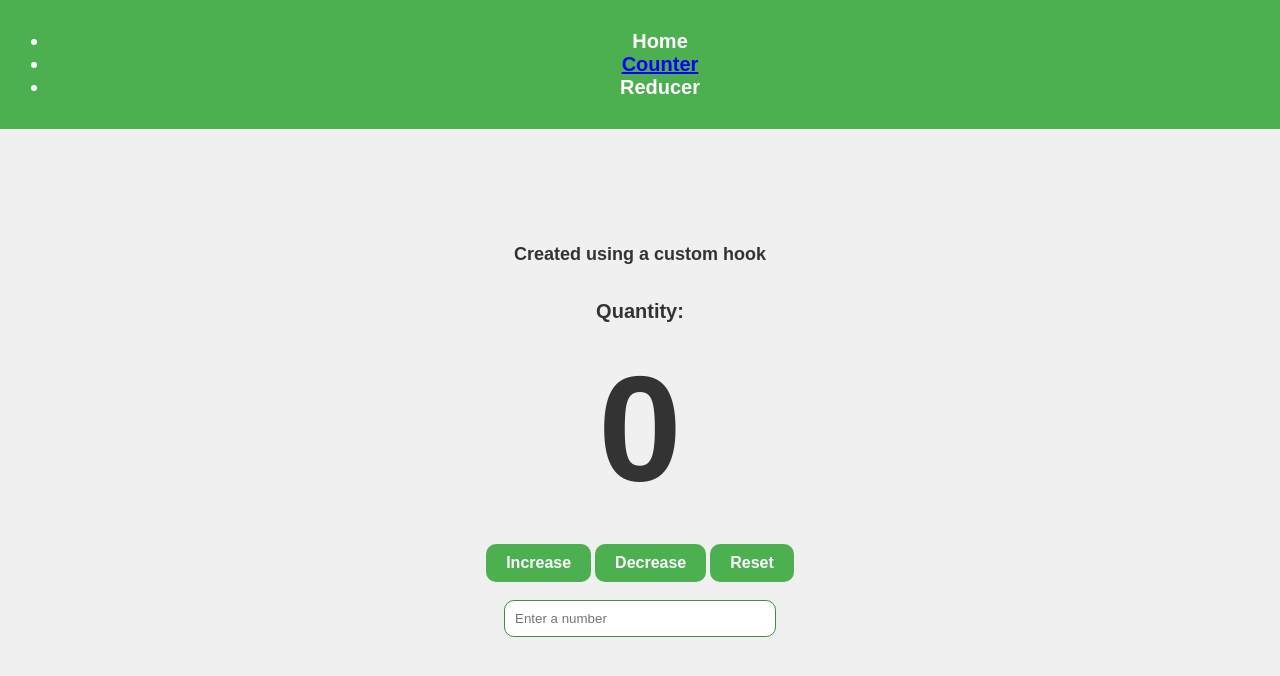
Repository: qudos4real/altschool-second-sem
Page: /counter
The author's editor kept a copy of each file at every save. The page is drawn from the files as they stood at one save, then again after the next save.
The browser window is 1280 px wide. The pictures show the whole page.
The project was rebuilt for these pictures with package versions that can differ from the ones it lists, and the page was loaded fresh each time. Also part of the build but not shown: src/App.css, src/hooks/reducer.1.js, src/Components/Reducer.js, src/Components/Home.js, src/Components/NotFound.js, src/Components/ErrorBoundary.js.

Above is the page before, as saved 2022-11-04 17:43:34.

### src/index.js
import React from 'react';
import ReactDOM from 'react-dom/client';
import './index.css';
import App from './App';
// import { BrowserRouter } from 'react-router-dom';
import reportWebVitals from './reportWebVitals';

const root = ReactDOM.createRoot(document.getElementById('root'));
root.render(
  <React.StrictMode>
    {/* <BrowserRouter> */}
    <App />
    {/* </BrowserRouter> */}
  </React.StrictMode>
);

// If you want to start measuring performance in your app, pass a function
// to log results (for example: reportWebVitals(console.log))
// or send to an analytics endpoint. Learn more: https://bit.ly/CRA-vitals
reportWebVitals();

### src/App.js
import React from 'react';
import Counter from './Components/Counter';
import './App.css';
import Reducer from './Components/Reducer';
import Home from './Components/Home';
import NotFound from './Components/NotFound';
import ErrorBoundary from './Components/ErrorBoundary';
import "./CSS/Counter.css";
import { useEffect } from 'react';
import { BrowserRouter as Router, Route, Routes, Link, NavLink } from 'react-router-dom';





function App() {

  useEffect(() => {
    document.title = "React Counter";
    }, []);

  return (
    // <>
    // <Home />
    // <Counter />
    // <Reducer />
    // <NotFound />
    // <ErrorBoundary />
    // </>

    <ErrorBoundary >
    <Router>
      <nav>
        <ul>
          <li>
            <NavLink to="/" end activeClassName="active" className="link">
              Home
            </NavLink>
          </li>
          <li>
            <NavLink to="counter" activeClassName="active" className="link">
              Counter
            </NavLink>
          </li>
          <li>
            <NavLink to="reducer" activeClassName="active" className="link">
              Reducer
            </NavLink>
          </li>
        </ul>

        {/* <NavLink to="/" className={(isActive) => isActive? "Active": "NotActive"}>Home</NavLink>
        <NavLink to="/counter" className={(isActive) => isActive? "Active": "NotActive"}>Counter</NavLink>
        <NavLink to="/reducer" className={(isActive) => isActive? "Active": "NotActive"}>Reducer</NavLink> */}
      </nav>
      <Routes>
        <Route path="/" element={<Home />} />
        <Route path="/counter" element={<Counter />} />
        <Route path="/reducer" element={<Reducer />} />
        <Route path="ErrorBoundary" element={<ErrorBoundary />} />
        <Route path="*" element={<NotFound />} />
      </Routes>
    </Router>
    </ErrorBoundary>
  )
}

export default App

### src/Components/Counter.js
import React from "react";
import { useCounter } from "../hooks/useCounter";
import "../CSS/Counter.css";

function Counter() {
  const quantity = useCounter(0);
  return (
    <div className="container">
      <h2>Created using a custom hook</h2>
      <h3 className="label ">Quantity: </h3>
      <h3 className="value ">{quantity.count} </h3>
      <br />
      <div>
        <button className="btn " onClick={quantity.increment}>
          Increase
        </button>
        <button className="btn " onClick={quantity.decrement}>
          Decrease
        </button>
        <button className="btn " onClick={quantity.reset}>
          Reset
        </button>
      </div>
      <br />
      <input placeholder="Enter a number" className="input "
        type="number"
        onChange={(e) => quantity.setValue(e.target.value)}
      />
    </div>
  );
}

export default Counter;

### src/CSS/Counter.css
body {
  background-color: #f0f0f0;
  font-family: Arial, Helvetica, sans-serif;
  font-size: 12px;
  color: #333;
  margin: 0;
  padding: 0;
  box-sizing: border-box;
}
.container {
  width: 50%;
  max-width: 500px;
  margin: 0 auto;
  padding: 0 20px;
  display: flex;
  justify-content: center;
  align-items: center;
  flex-direction: column;
  /* border: 1px solid #3e8e41; */
  margin-top: 100px;
}

.btn {
  background-color: #4caf50;
  border: none;
  color: white;
  padding: 10px 20px;
  text-align: center;
  text-decoration: none;
  display: inline-block;
  font-size: 16px;
  margin: 4px 2px;
  cursor: pointer;
  border-radius: 10px;
  font-weight: bold;
}
.btn:hover {
  background-color: #3e8e41;
}
.input {
  width: 50%;
  max-width: 500px;
  padding: 10px;
  border: 1px solid #3e8e41;
  border-radius: 10px;
  margin-bottom: 10px;
}
.label {
  font-size: 20px;
  font-weight: bold;
  margin-bottom: 10px;
}
.value {
  font-size: 150px;
  font-weight: bold;
  margin-bottom: 10px;
  margin-top: 10px;
}
.ErrorText{
    font-size: 20px;
    font-weight: bold;
    margin-bottom: 10px;
    color: red;
}
nav{
    background-color: #4caf50;
    padding: 10px;
    color: white;
    font-size: 20px;
    font-weight: bold;
    text-align: center;
}
nav a{
    color: white;
    text-decoration: none;
}


.active{
    font-size: 20px;
    font-weight: bold;
    margin-bottom: 10px;
    color: blue;
    text-decoration: underline;
}

### src/hooks/useCounter.js
import { useState } from "react";

export const useCounter = (initialValue) => {
    const [count, setCount] = useState(initialValue);
    const increment = () => {
        setCount(count + 1);
    };
    const decrement = () => {
        count > 0 && setCount(count - 1);
    };
    const reset = () => {
        setCount(initialValue);
    };
    const setValue = (value) => {
        setCount(value);
    };
    return { count, increment, decrement, reset, setValue };
};

Loaded but not shown: public/index.html (common file); src/index.css (common file); src/reportWebVitals.js (common file)

After the next save:
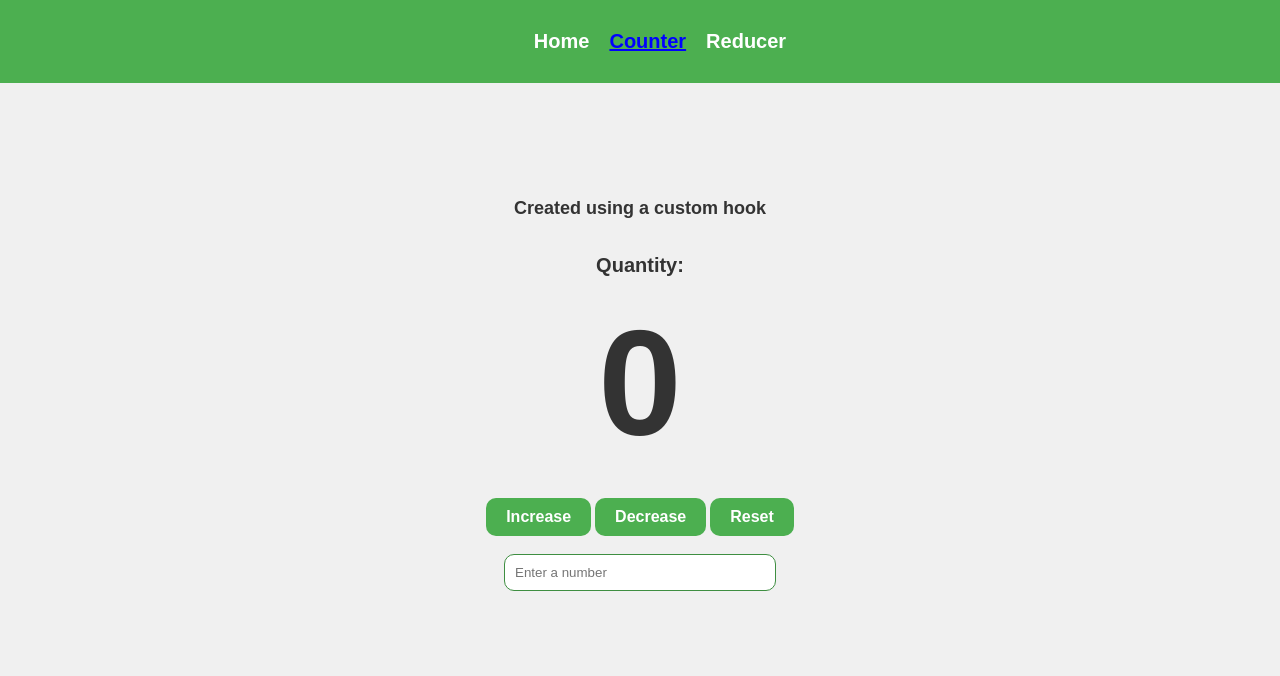
Saved 29 s later.
--- a/src/CSS/Counter.css
+++ b/src/CSS/Counter.css
@@ -70,6 +70,10 @@ nav{
     font-weight: bold;
     text-align: center;
 }
+nav li{
+    display: inline;
+    padding: 10px;
+}
 nav a{
     color: white;
     text-decoration: none;
